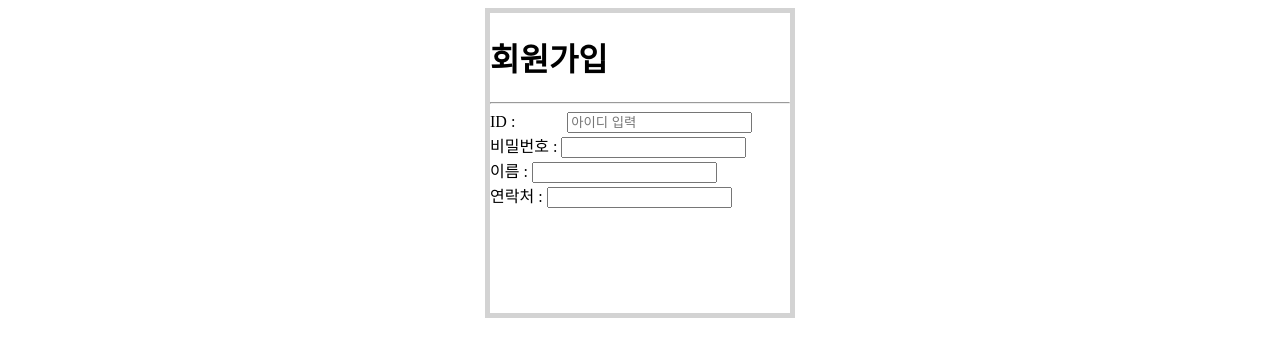
Repository: dychung1021/newrepository
Page: http://localhost/JSP05/
These files come from the project's save history. The page is drawn as it stood at one moment and after the next save; the edit follows.
The browser window is 1280 px wide. The pictures show the whole page.
The page is served by Tomcat 9.

Above is the page before, as saved 2024-05-10 02:58:13.

### JSP/JSP05/src/main/webapp/index.jsp
<%@ page language="java" contentType="text/html; charset=utf-8"
    pageEncoding="utf-8"%>
<!DOCTYPE html>
<html>
	<head>
		<meta charset="utf-8">
		<title>간단한 회원가입</title>
		<style>
			#wrap{
				width:300px;
				border:5px solid lightgray;
				height : 300px;
				margin : 0 auto;

				}
				input[name="id"]{
					margin-left:48px;
				}
		</style>
	</head>
	<body>
		<div id="wrap">
			<form method="get" action="main.jsp">
				<h1> 회원가입 </h1>
				<hr>
				ID : <input type="text" name="id" placeholder="아이디 입력"><br>
				비밀번호 : <input type="password" name="pw"><br>
				이름 : <input type="text" name="nm"><br>
				연락처 : <input type="text" name="phone"><br>

			</form>

		</div>
	</body>
</html>

After the next save:
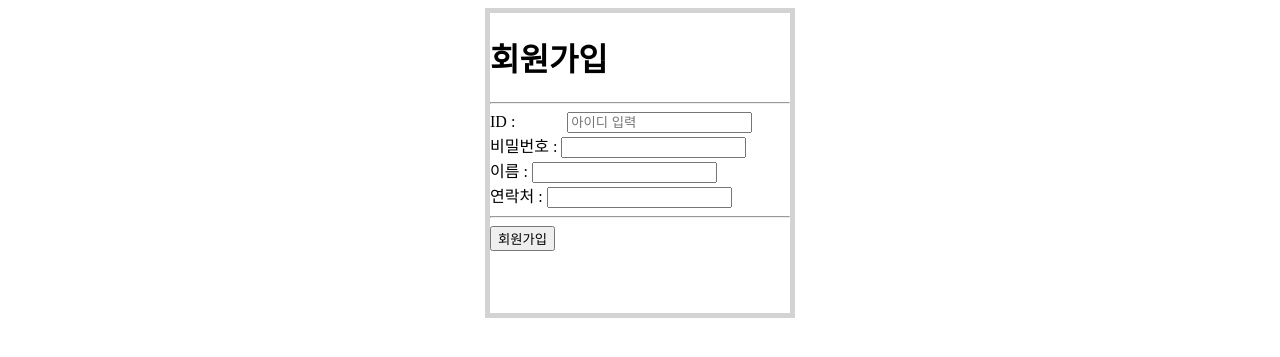
Saved 5 min 23 s later.
--- a/JSP/JSP05/src/main/webapp/index.jsp
+++ b/JSP/JSP05/src/main/webapp/index.jsp
@@ -27,6 +27,8 @@
 				비밀번호 : <input type="password" name="pw"><br>
 				이름 : <input type="text" name="nm"><br>
 				연락처 : <input type="text" name="phone"><br>
+				<hr>
+				<input type="submit" value="회원가입">
 
 			</form>
 
